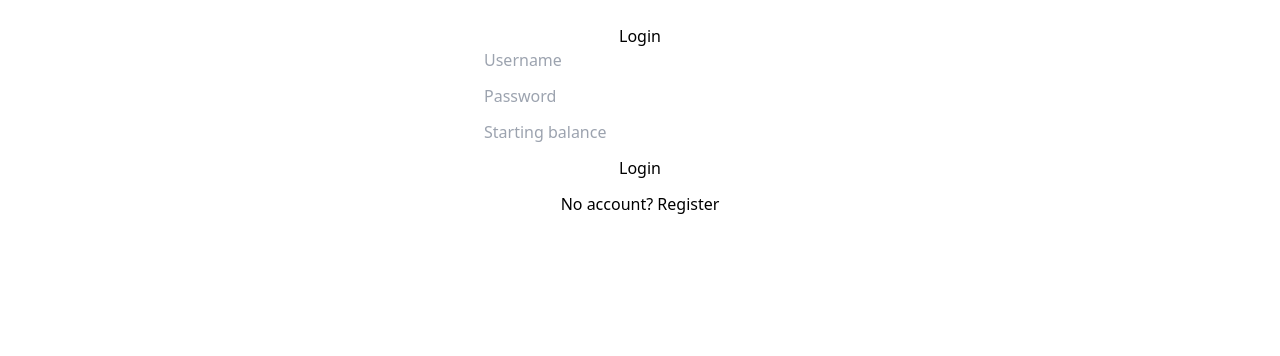
Repository: AhmedBRG3/RoyalRaptorPOS-1
Page: / (app in client/)
An editor plug-in stored every save of this project. The page is shown before and after the next save, followed by the edit.
The browser window is 1280 px wide. The pictures show the whole page.
The project was rebuilt for these pictures with package versions that can differ from the ones it lists, and the page was loaded fresh each time. Also part of the build but not shown: client/vite.config.js, client/src/components/SalePanel.jsx, client/src/components/Topbar.jsx, client/src/pages/ProductsAdmin.jsx, client/src/App.jsx, client/src/pages/Register.jsx, client/src/pages/Sales.jsx, client/src/pages/UsersAdmin.jsx and 2 more.

Above is the page before, as saved 2025-08-10 15:32:16.

After the next save:
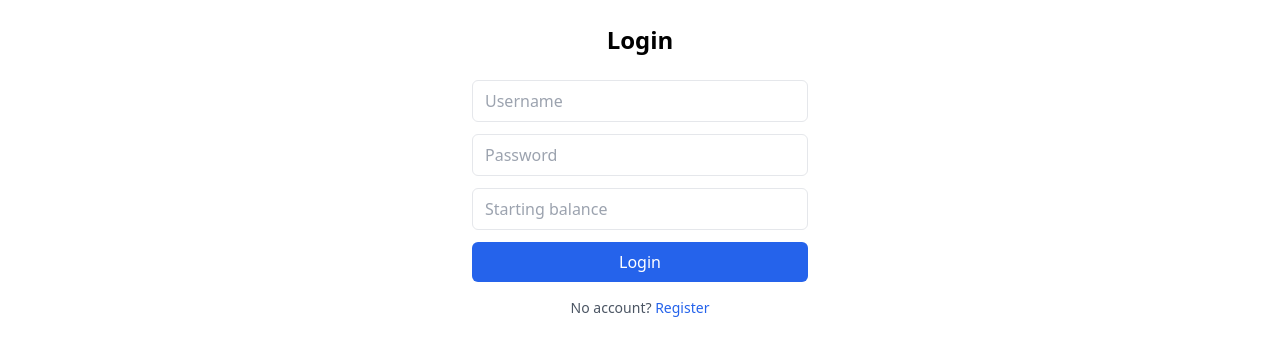
Saved 17 s later.
--- a/client/src/pages/Login.jsx
+++ b/client/src/pages/Login.jsx
@@ -1,40 +1,82 @@
-import { useState } from 'react';
-import { useNavigate, useLocation, Link } from 'react-router-dom';
-import { login } from '../api';
+import { useState } from "react";
+import { useNavigate, useLocation, Link } from "react-router-dom";
+import { login } from "../api";
 
 export default function Login() {
-  const [form, setForm] = useState({ username: '', password: '', startingBalance: '' });
+  const [form, setForm] = useState({
+    username: "",
+    password: "",
+    startingBalance: "",
+  });
   const [loading, setLoading] = useState(false);
-  const [error, setError] = useState('');
+  const [error, setError] = useState("");
   const navigate = useNavigate();
   const location = useLocation();
-  const from = location.state?.from || '/';
+  const from = location.state?.from || "/";
 
   const onSubmit = async (e) => {
     e.preventDefault();
-    setError('');
+    setError("");
     try {
       setLoading(true);
       await login(form.username, form.password, form.startingBalance);
       navigate(from, { replace: true });
     } catch (e) {
-      setError('Invalid credentials');
+      setError("Invalid credentials");
     } finally {
       setLoading(false);
     }
   };
 
   return (
-    <div style={{ padding: 24, maxWidth: 360, margin: '0 auto' }}>
-      <h2>Login</h2>
-      <form onSubmit={onSubmit} style={{ display: 'grid', gap: 12 }}>
-        <input placeholder="Username" value={form.username} onChange={(e) => setForm({ ...form, username: e.target.value })} required />
-        <input placeholder="Password" type="password" value={form.password} onChange={(e) => setForm({ ...form, password: e.target.value })} required />
-        <input placeholder="Starting balance" type="number" min="0" step="0.01" value={form.startingBalance} onChange={(e) => setForm({ ...form, startingBalance: e.target.value })} required />
-        <button type="submit" disabled={loading}>{loading ? 'Logging in…' : 'Login'}</button>
+    <div className="p-6 max-w-sm mx-auto">
+      <h2 className="text-2xl font-bold mb-6">Login</h2>
+
+      <form onSubmit={onSubmit} className="grid gap-3">
+        <input
+          placeholder="Username"
+          value={form.username}
+          onChange={(e) => setForm({ ...form, username: e.target.value })}
+          required
+          className="border rounded-md px-3 py-2 focus:outline-none focus:ring-2 focus:ring-blue-500"
+        />
+        <input
+          placeholder="Password"
+          type="password"
+          value={form.password}
+          onChange={(e) => setForm({ ...form, password: e.target.value })}
+          required
+          className="border rounded-md px-3 py-2 focus:outline-none focus:ring-2 focus:ring-blue-500"
+        />
+        <input
+          placeholder="Starting balance"
+          type="number"
+          min="0"
+          step="0.01"
+          value={form.startingBalance}
+          onChange={(e) =>
+            setForm({ ...form, startingBalance: e.target.value })
+          }
+          required
+          className="border rounded-md px-3 py-2 focus:outline-none focus:ring-2 focus:ring-blue-500"
+        />
+        <button
+          type="submit"
+          disabled={loading}
+          className="bg-blue-600 text-white rounded-md px-4 py-2 hover:bg-blue-700 disabled:opacity-50"
+        >
+          {loading ? "Logging in…" : "Login"}
+        </button>
       </form>
-      {error && <p style={{ color: 'red' }}>{error}</p>}
-      <p style={{ marginTop: 12 }}>No account? <Link to="/register">Register</Link></p>
+
+      {error && <p className="text-red-600 mt-3">{error}</p>}
+
+      <p className="mt-4 text-sm text-gray-600">
+        No account?{" "}
+        <Link to="/register" className="text-blue-600 hover:underline">
+          Register
+        </Link>
+      </p>
     </div>
   );
 }
